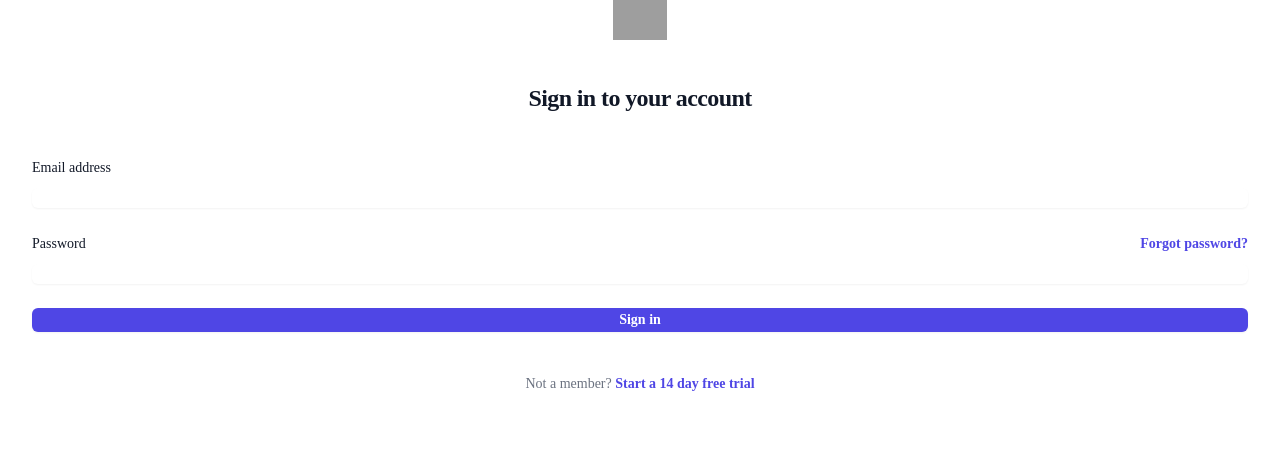
Repository: Gunplay/Smart-Home
Page: /sign-in
An editor plug-in stored every save of this project. The page is shown before and after the next save, followed by the edit.
The browser window is 1280 px wide. The pictures show the whole page.
Pictures or frames that could not be fetched are drawn as grey boxes. The project was rebuilt for these pictures with package versions that can differ from the ones it lists, and the page was loaded fresh each time. Also part of the build but not shown: vite.config.js, vite.config.ts, src/components/Form/Register/index.tsx, src/components/Page404/index.tsx.

Above is the page before, as saved 2024-07-03 13:22:24.

After the next save:
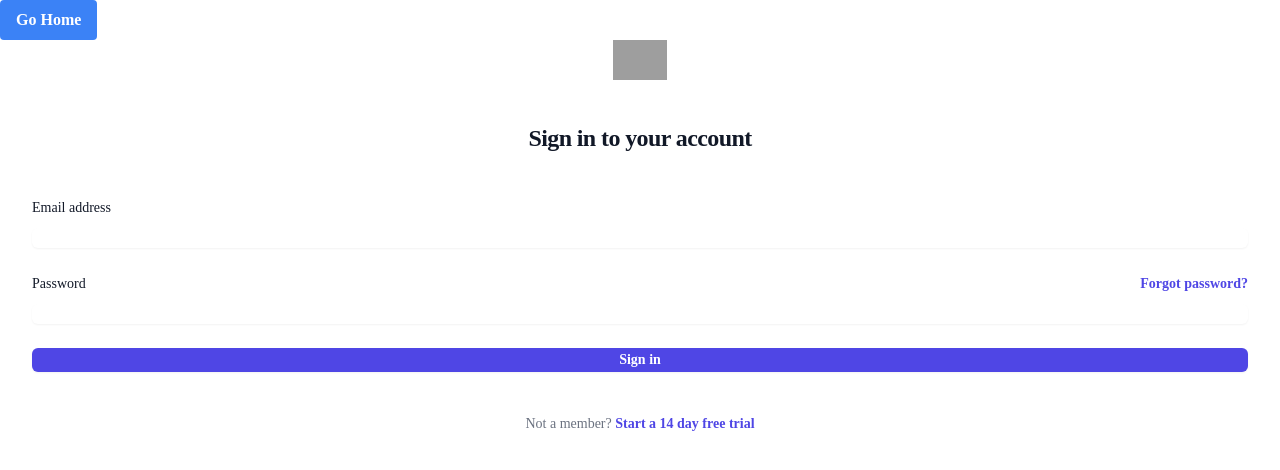
Saved 50 s later.
--- a/src/components/Form/SignIn/index.tsx
+++ b/src/components/Form/SignIn/index.tsx
@@ -1,5 +1,4 @@
-import { NavLink } from 'react-router-dom';
-
+import Button from '../../Button';
 /*
   This example requires some changes to your config:
 
@@ -26,7 +25,12 @@ export default function SignIn() {
         <body class="h-full">
         ```
       */}
-
+			<Button
+				className='bg-blue-500 hover:bg-blue-700 text-white font-bold py-2 px-4 rounded'
+				href='/'
+			>
+				Go Home
+			</Button>
 			<div className='flex min-h-full flex-1 flex-col justify-center px-6 py-12 lg:px-8'>
 				<div className='sm:mx-auto sm:w-full sm:max-w-sm'>
 					<img
